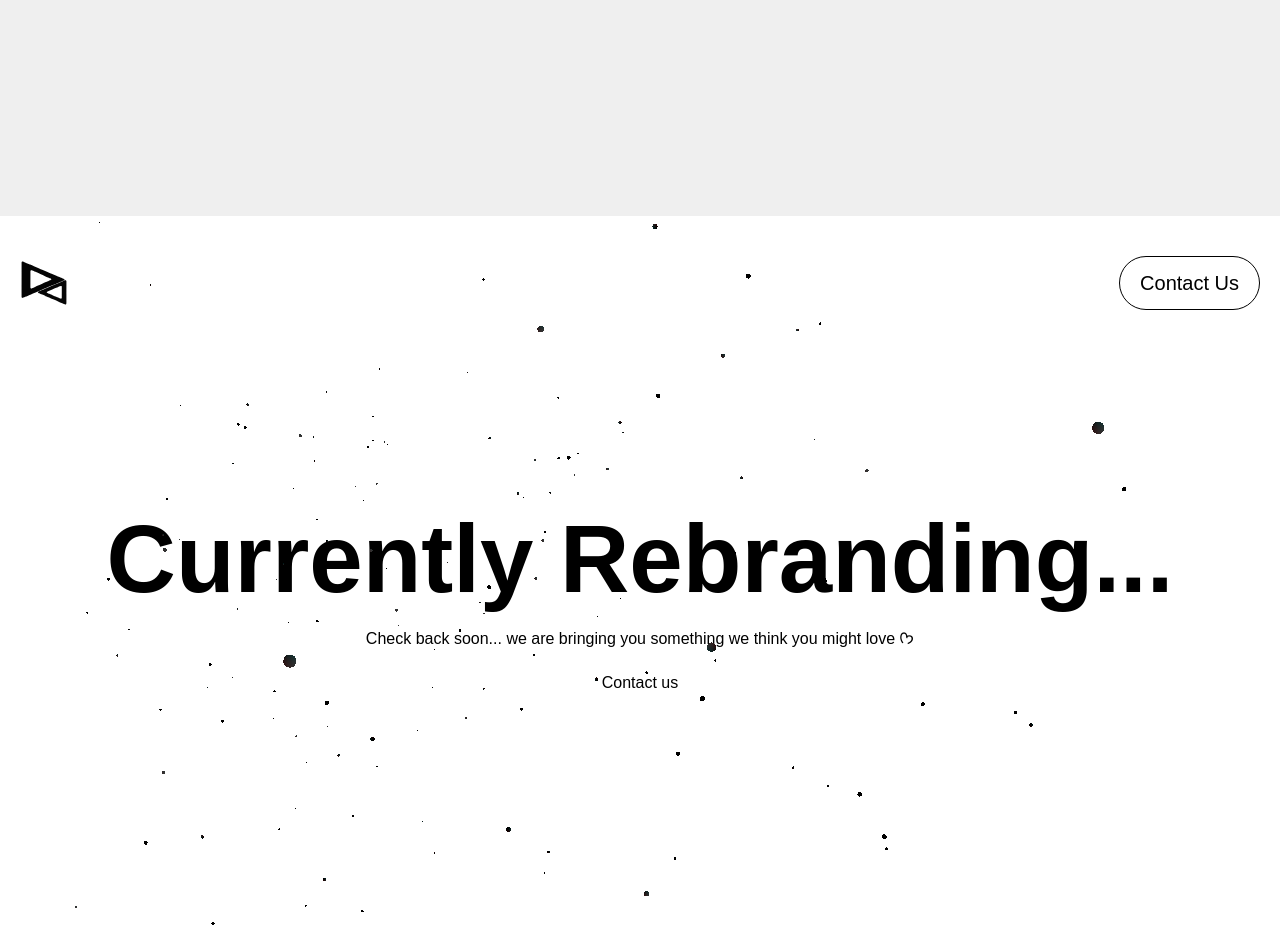
Repository: Cybugg/Nexxistudios-new
Page: /
An editor plug-in stored every save of this project. The page is shown before and after a run of saves, followed by the edit.
The browser window is 1280 px wide. The pictures show the whole page.
The project was rebuilt for these pictures with package versions that can differ from the ones it lists, and the page was loaded fresh each time. The framework's server and built-in components were replaced by stand-ins that run in the browser. Also part of the build but not shown: next.config.mjs.

Above is the page before, as saved 2025-09-06 15:43:56.

### app/layout.js
import { Geist, Geist_Mono } from "next/font/google";
import localFont from "next/font/local";
import "./globals.css";
import Particles from "./Effects/Particles";


const geistSans = Geist({
  variable: "--font-geist-sans",
  subsets: ["latin"],
});
const clashGrotesk = localFont({
  src:"./../public/fonts/TTF/ClashGrotesk-Variable.ttf",
  variable:"--font-clashGrotesk"
})

const geistMono = Geist_Mono({
  variable: "--font-geist-mono",
  subsets: ["latin"],
});

export const metadata = {
  title: "Create Next App",
  description: "Generated by create next app",
};

export default function RootLayout({ children }) {
  return (
    <html lang="en">
      <body
        className={`${geistSans.variable} ${geistMono.variable} antialiased relative ${clashGrotesk.variable} `}>
            <div className="absolute w-full h-screen">
              <Particles particleColors={['#000000', '#000000']}
    particleCount={300}
    particleSpread={10}
    speed={0.1}
    particleBaseSize={100}
    moveParticlesOnHover={true}
    alphaParticles={false}
    disableRotation={false}
  />
        </div>

        {children}
      </body>
    </html>
  );
}

### app/page.js
"use client"
import { useGSAP } from "@gsap/react";
import TopNav from "./components/topNav";
import gsap from 'gsap';
import { useRef } from "react";
import Particles from "./Effects/Particles";
import Hero from "./components/hero";




export default function Home() {
  const boxRef = useRef(null);
  useGSAP(() => {

    gsap.to("#progress", {
      width:"95%",
      duration:3,
      ease: 'power2.out',
    });
  },);

  return (
    <div className="grid grid-rows-[20px_1fr_20px] min-h-screen p-3 px-5  sm:p-5 bg-white text-black font-clashGrotesk">
      <main className="flex flex-col  row-start-2 items-center mx-auto container" >
  <TopNav />
    <Hero />
      </main>
      <footer className="row-start-3 flex gap-[24px] flex-wrap items-center justify-center">

      </footer>
    </div>
  );
}

### app/globals.css
@import "tailwindcss";

:root {
  --background: #ffffff;
  --foreground: #171717;
}

@theme inline {
  --color-background: var(--background);
  --color-foreground: var(--foreground);
  --font-sans: var(--font-geist-sans);
  --font-mono: var(--font-geist-mono);
}

@media (prefers-color-scheme: dark) {
  :root {
    --background: #0a0a0a;
    --foreground: #ededed;
  }
}

body {
  background: var(--background);
  color: var(--foreground);
  font-family: Arial, Helvetica, sans-serif;
}

@keyframes load {
  0% {
    top: 4.5rem;
  }
  70% {
    top: 1.125rem;
  }
  90% {
    top: 0;
  }
  95% {
    top: 0;
  }
  100% {
    top: 4.5rem;
  }
}
@keyframes liquid-1 {
  0% {
    height: 0;
    opacity: 0;
    top: -0.5rem;
  }
  22% {
    height: 0.28125rem;
    top: 0.375rem;
    opacity: 1;
  }
  25% {
    top: -0.25rem;
  }
  35% {
    height: 1.125rem;
    top: -0.5rem;
  }
  55% {
    height: 0.28125rem;
    top: -0.125rem;
  }
  60% {
    height: 0.61875rem;
    opacity: 1;
    top: -0.275rem;
  }
  96% {
    height: 0.84375rem;
    opacity: 0;
    top: 0.5rem;
  }
  100% {
    height: 0;
    opacity: 0;
  }
}
@keyframes liquid-2 {
  0% {
    height: 0;
    opacity: 0;
    top: -0.5rem;
  }
  17.5% {
    height: 0.28125rem;
    top: 0.2rem;
    opacity: 1;
  }
  20% {
    top: -0.25rem;
  }
  25% {
    height: 1.40625rem;
    top: -0.625rem;
  }
  45% {
    height: 0.28125rem;
    top: -0.125rem;
  }
  60% {
    height: 1.40625rem;
    opacity: 1;
    top: -0.5rem;
  }
  96% {
    height: 0.84375rem;
    opacity: 0;
    top: 0.5rem;
  }
  100% {
    height: 0;
    opacity: 0;
  }
}
.battery {
  display: inline-block;
  position: relative;
  width: 2.25rem;
  height: 4.5rem;
  box-shadow: 0 0 0 0.2rem #425c77;
  background: white;
  border-radius: 0.09rem;
}
.battery:before {
  content: "";
  position: absolute;
  left: 0.5625rem;
  right: 0.5625rem;
  top: -0.3375rem;
  height: 0.3375rem;
  width: 1.125rem;
  background: #425c77;
  border-radius: 0.18rem;
}
.battery:after {
  content: "";
  position: absolute;
  top: 0;
  bottom: 0;
  left: 0;
  right: 0;
  border-right: 2.25rem solid transparent;
  border-bottom: 4.05rem solid rgba(255, 255, 255, 0.325);
}

.liquid {
  position: absolute;
  top: 0;
  bottom: 0;
  left: 0;
  right: 0;
  width: 2.25rem;
  background: #71fb85;
  animation: load 2.25s infinite;
}
.liquid:after, .liquid:before {
  content: "";
  position: absolute;
  top: -0.5rem;
  height: 1.125rem;
  width: 1.4625rem;
  background: #71fb85;
  border-radius: 50%;
  opacity: 0;
}
.liquid:after {
  right: 0;
  animation: liquid-1 2.25s infinite;
}
.liquid:before {
  left: 0;
  animation: liquid-2 2.25s infinite;
}

body {
  padding-top: 30vh;
  background: #efefef;
  text-align: center;
}

@keyframes power {
  0% {
    color: #bcbcbc;
  }
  75% {
    color: #bcbcbc;
    text-shadow: none;
  }
  90% {
    color: #58fa70;
    text-shadow: 0 0 0.8em #71fb85;
  }
  100% {
    color: #bcbcbc;
    text-shadow: none;
  }
}
h5 {
  font-family: Lato, sans-serif;
  font-weight: 300;
  letter-spacing: 0.025rem;
  text-transform: uppercase;
  color: #bcbcbc;
  animation: power 2.25s infinite;
}

### app/Effects/Particles.js
"use client"

import { useEffect, useRef } from 'react';
import { Renderer, Camera, Geometry, Program, Mesh } from 'ogl';

const defaultColors = ['#ffffff', '#ffffff', '#ffffff'];

const hexToRgb = hex => {
  hex = hex.replace(/^#/, '');
  if (hex.length === 3) {
    hex = hex
      .split('')
      .map(c => c + c)
      .join('');
  }
  const int = parseInt(hex, 16);
  const r = ((int >> 16) & 255) / 255;
  const g = ((int >> 8) & 255) / 255;
  const b = (int & 255) / 255;
  return [r, g, b];
};

const vertex = /* glsl */ `
  attribute vec3 position;
  attribute vec4 random;
  attribute vec3 color;

  uniform mat4 modelMatrix;
  uniform mat4 viewMatrix;
  uniform mat4 projectionMatrix;
  uniform float uTime;
  uniform float uSpread;
  uniform float uBaseSize;
  uniform float uSizeRandomness;

  varying vec4 vRandom;
  varying vec3 vColor;

  void main() {
    vRandom = random;
    vColor = color;

    vec3 pos = position * uSpread;
    pos.z *= 10.0;

    vec4 mPos = modelMatrix * vec4(pos, 1.0);
    float t = uTime;
    mPos.x += sin(t * random.z + 6.28 * random.w) * mix(0.1, 1.5, random.x);
    mPos.y += sin(t * random.y + 6.28 * random.x) * mix(0.1, 1.5, random.w);
    mPos.z += sin(t * random.w + 6.28 * random.y) * mix(0.1, 1.5, random.z);

    vec4 mvPos = viewMatrix * mPos;

    if (uSizeRandomness == 0.0) {
      gl_PointSize = uBaseSize;
    } else {
      gl_PointSize = (uBaseSize * (1.0 + uSizeRandomness * (random.x - 0.5))) / length(mvPos.xyz);
    }

    gl_Position = projectionMatrix * mvPos;
  }
`;

const fragment = /* glsl */ `
  precision highp float;

  uniform float uTime;
  uniform float uAlphaParticles;
  varying vec4 vRandom;
  varying vec3 vColor;

  void main() {
    vec2 uv = gl_PointCoord.xy;
    float d = length(uv - vec2(0.5));

    if(uAlphaParticles < 0.5) {
      if(d > 0.5) {
        discard;
      }
      gl_FragColor = vec4(vColor + 0.2 * sin(uv.yxx + uTime + vRandom.y * 6.28), 1.0);
    } else {
      float circle = smoothstep(0.5, 0.4, d) * 0.8;
      gl_FragColor = vec4(vColor + 0.2 * sin(uv.yxx + uTime + vRandom.y * 6.28), circle);
    }
  }
`;

const Particles = ({
  particleCount = 200,
  particleSpread = 10,
  speed = 0.1,
  particleColors,
  moveParticlesOnHover = false,
  particleHoverFactor = 1,
  alphaParticles = false,
  particleBaseSize = 100,
  sizeRandomness = 1,
  cameraDistance = 20,
  disableRotation = false,
  className
}) => {
  const containerRef = useRef(null);
  const mouseRef = useRef({ x: 0, y: 0 });

  useEffect(() => {
    const container = containerRef.current;
    if (!container) return;

    const renderer = new Renderer({ depth: false, alpha: true });
    const gl = renderer.gl;
    container.appendChild(gl.canvas);
    gl.clearColor(0, 0, 0, 0);

    const camera = new Camera(gl, { fov: 15 });
    camera.position.set(0, 0, cameraDistance);

    const resize = () => {
      const width = container.clientWidth;
      const height = container.clientHeight;
      renderer.setSize(width, height);
      camera.perspective({ aspect: gl.canvas.width / gl.canvas.height });
    };
    window.addEventListener('resize', resize, false);
    resize();

    const handleMouseMove = e => {
      const rect = container.getBoundingClientRect();
      const x = ((e.clientX - rect.left) / rect.width) * 2 - 1;
      const y = -(((e.clientY - rect.top) / rect.height) * 2 - 1);
      mouseRef.current = { x, y };
    };

    if (moveParticlesOnHover) {
      container.addEventListener('mousemove', handleMouseMove);
    }

    const count = particleCount;
    const positions = new Float32Array(count * 3);
    const randoms = new Float32Array(count * 4);
    const colors = new Float32Array(count * 3);
    const palette = particleColors && particleColors.length > 0 ? particleColors : defaultColors;

    for (let i = 0; i < count; i++) {
      let x, y, z, len;
      do {
        x = Math.random() * 2 - 1;
        y = Math.random() * 2 - 1;
        z = Math.random() * 2 - 1;
        len = x * x + y * y + z * z;
      } while (len > 1 || len === 0);
      const r = Math.cbrt(Math.random());
      positions.set([x * r, y * r, z * r], i * 3);
      randoms.set([Math.random(), Math.random(), Math.random(), Math.random()], i * 4);
      const col = hexToRgb(palette[Math.floor(Math.random() * palette.length)]);
      colors.set(col, i * 3);
    }

    const geometry = new Geometry(gl, {
      position: { size: 3, data: positions },
      random: { size: 4, data: randoms },
      color: { size: 3, data: colors }
    });

    const program = new Program(gl, {
      vertex,
      fragment,
      uniforms: {
        uTime: { value: 0 },
        uSpread: { value: particleSpread },
        uBaseSize: { value: particleBaseSize },
        uSizeRandomness: { value: sizeRandomness },
        uAlphaParticles: { value: alphaParticles ? 1 : 0 }
      },
      transparent: true,
      depthTest: false
    });

    const particles = new Mesh(gl, { mode: gl.POINTS, geometry, program });

    let animationFrameId;
    let lastTime = performance.now();
    let elapsed = 0;

    const update = t => {
      animationFrameId = requestAnimationFrame(update);
      const delta = t - lastTime;
      lastTime = t;
      elapsed += delta * speed;

      program.uniforms.uTime.value = elapsed * 0.001;

      if (moveParticlesOnHover) {
        particles.position.x = -mouseRef.current.x * particleHoverFactor;
        particles.position.y = -mouseRef.current.y * particleHoverFactor;
      } else {
        particles.position.x = 0;
        particles.position.y = 0;
      }

      if (!disableRotation) {
        particles.rotation.x = Math.sin(elapsed * 0.0002) * 0.1;
        particles.rotation.y = Math.cos(elapsed * 0.0005) * 0.15;
        particles.rotation.z += 0.01 * speed;
      }

      renderer.render({ scene: particles, camera });
    };

    animationFrameId = requestAnimationFrame(update);

    return () => {
      window.removeEventListener('resize', resize);
      if (moveParticlesOnHover) {
        container.removeEventListener('mousemove', handleMouseMove);
      }
      cancelAnimationFrame(animationFrameId);
      if (container.contains(gl.canvas)) {
        container.removeChild(gl.canvas);
      }
    };
    // eslint-disable-next-line react-hooks/exhaustive-deps
  }, [
    particleCount,
    particleSpread,
    speed,
    moveParticlesOnHover,
    particleHoverFactor,
    alphaParticles,
    particleBaseSize,
    sizeRandomness,
    cameraDistance,
    disableRotation
  ]);

  return <div ref={containerRef} className={`relative w-full h-full ${className}`} />;
};

export default Particles;

### app/components/topNav.js
import Image from 'next/image';
import React from 'react'
import logo from "@/assets/images/logo-light.svg"

function TopNav() {
  return (
    <div className="flex justify-between items-center w-full">
    {/* Logo */}
    <div>
      <Image src={logo} width={48} height={46} alt="nexxistudios's logo" />
    </div>
    <ul>
      <li className="py-3 px-5 text-xl rounded-full border cursor-pointer">
Contact Us
      </li>
    </ul>
  </div>
  )
}

export default TopNav;

### app/components/hero.js
import React from 'react'

function Hero() {
  return (
     <section className="h-full w-full flex items-center justify-center">
    <div className="">
    {/* <div className="text-3xl">
    Re-branding in Progress...
    </div> */}
    <div className="flex flex-col items-center justify-center gap-5 w-full">

{/* Main Text */}
<h1 className=" text-black flex items-center justify-center  w-full font-bold  text-8xl">
Currently Rebranding...
</h1>
{/* Sub-text */}
<p className="">
  Check back soon... we are bringing you something we think you might love ᡣ𐭩
</p>
{/* CTA Button */}
<button>
  Contact us
</button>
    </div>

    <div>

    </div>
    </div>
      </section>
  )
}

export default Hero;

After the next 4 saves:
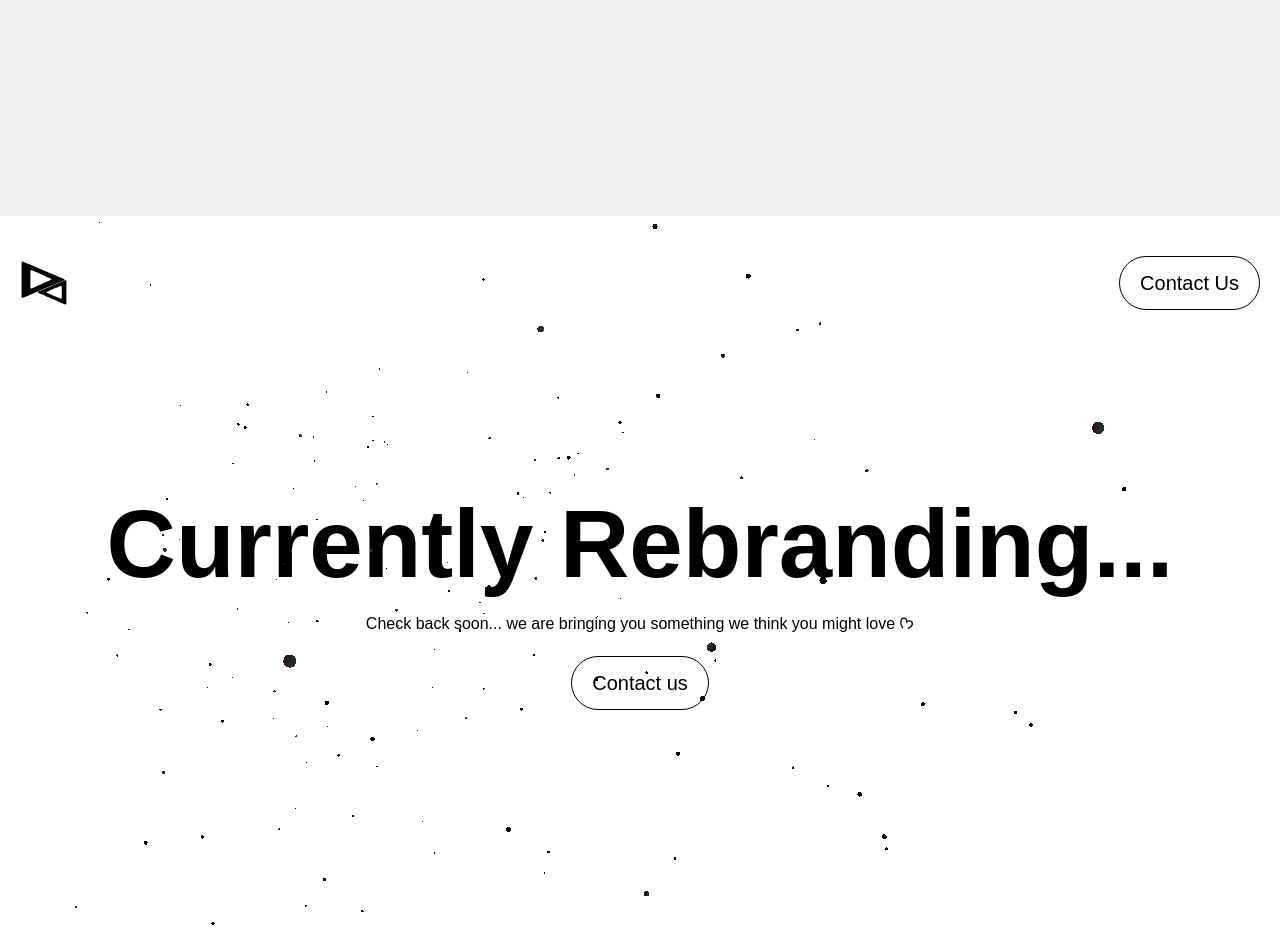
The 4 saves are shown as one change because they came seconds apart.
The last was saved 29 s later.
--- a/app/components/hero.js
+++ b/app/components/hero.js
@@ -18,7 +18,7 @@ Currently Rebranding...
   Check back soon... we are bringing you something we think you might love ᡣ𐭩
 </p>
 {/* CTA Button */}
-<button>
+<button className="py-3 px-5 text-xl rounded-full border cursor-pointer">
   Contact us
 </button>
     </div>
